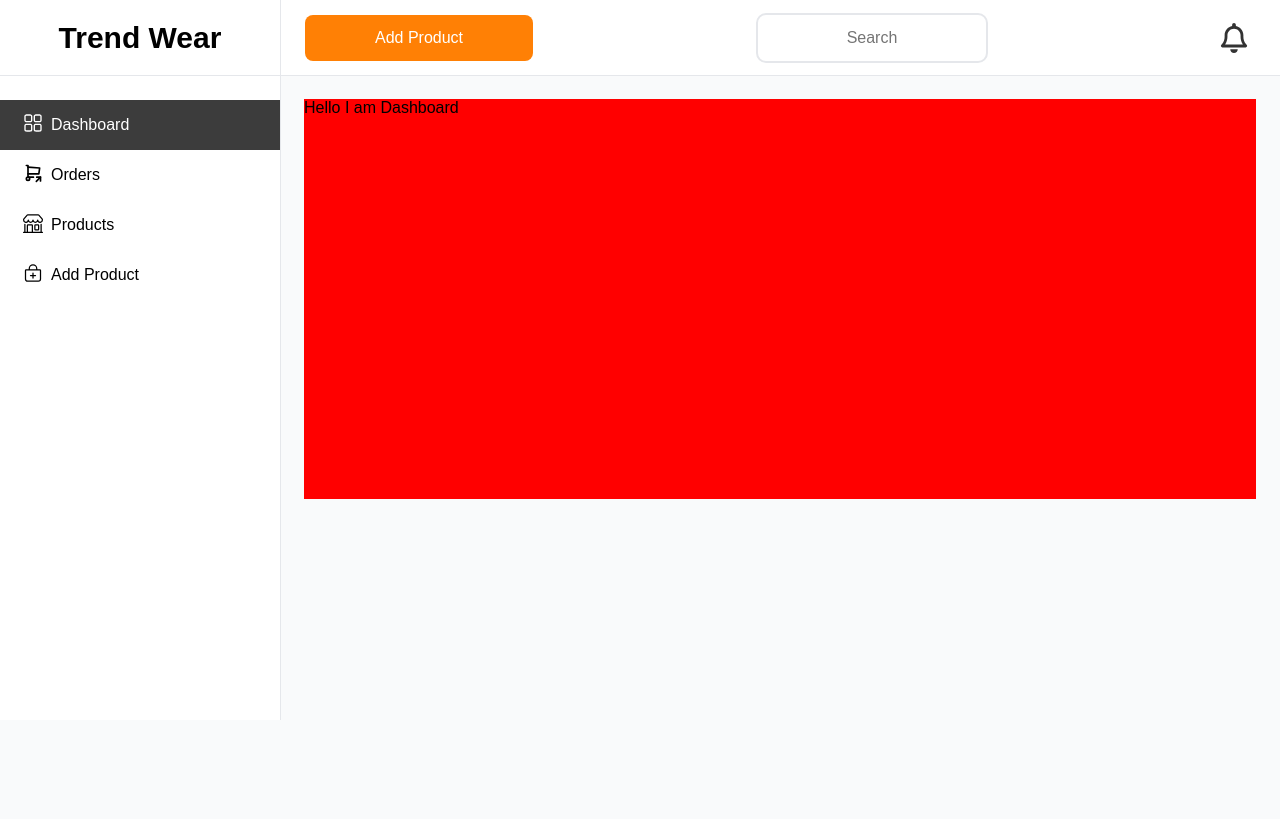
Repository: ahmad-dev7/TrendWear
Page: / (app in trend_wear_dashboard/)
An editor plug-in stored every save of this project. The page is shown before and after the next save, followed by the edit.
The browser window is 1280 px wide. The pictures show the whole page.
The project was rebuilt for these pictures with package versions that can differ from the ones it lists, and the page was loaded fresh each time. Also part of the build but not shown: trend_wear_dashboard/vite.config.ts.

Above is the page before, as saved 2025-01-20 20:20:07.

### trend_wear_dashboard/index.html
<!doctype html>
<html lang="en">

<head>
  <meta charset="UTF-8" />
  <link rel="icon" type="image/svg+xml" href="/vite.svg" />
  <meta name="viewport" content="width=device-width, initial-scale=1.0" />
  <title>Trend Wear</title>
</head>

<body>
  <div id="root"></div>
  <script type="module" src="/src/main.tsx"></script>
</body>

</html>

### trend_wear_dashboard/src/main.tsx
import { StrictMode } from "react";
import { createRoot } from "react-dom/client";
//import "bootstrap/dist/css/bootstrap.css";
import "./App.css";
import App from "./App.tsx";

createRoot(document.getElementById("root")!).render(
  <StrictMode>
    <App />
  </StrictMode>
);

### trend_wear_dashboard/src/App.css
body {
    background-color: #F9FAFB;
    padding: 0;
    margin: 0;
    border-color: #e5e7eb;
    font-family: Arial, Helvetica, sans-serif;

}

#parent {
    display: flex;
}

### trend_wear_dashboard/src/App.tsx
import { useState } from "react";
import Body from "./Components/Body/Body";
import Navbar from "./Components/Navbar/Navbar";
import Sidebar from "./Components/Sidebar/Sidebar";
import AddProducts from "./Components/AddProduct/AddProduct";
import Dashboard from "./Components/Dashboard/Dashboard";
//import Dashboard from "./Components/Dashboard/Dashboard";

function App() {
  const [body, setBody] = useState("Dashboard");

  console.log(body);

  return (
    <div id="parent">
      <Sidebar onSelectTab={setBody} />
      <div style={{ flex: 1 }}>
        <Navbar />
        <Body activeBody={body}></Body>
      </div>
    </div>
  );
}

export default App;

### trend_wear_dashboard/src/Components/Body/Body.tsx
// Body.tsx
import AddProduct from "../AddProduct/AddProduct";
import Dashboard from "../Dashboard/Dashboard";
import "./Body.css";

interface Props {
  activeBody: string;
}

const Body = ({ activeBody }: Props) => {
  return (
    <div id="body-content">
      {activeBody === "Dashboard" && <Dashboard />}
      {activeBody === "Add Product" && <AddProduct />}
    </div>
  );
};

export default Body;

### trend_wear_dashboard/src/Components/Navbar/Navbar.tsx
import "./Navbar.css";
import { FaRegBell } from "react-icons/fa6";

const Navbar = () => {
  return (
    <div>
      <div id="top-navbar">
        <div className="nav-item add-product-button">Add Product</div>
        <input className="nav-item" placeholder="Search" type="text" />
        <FaRegBell className="nav-item icon"></FaRegBell>
      </div>
    </div>
  );
};

export default Navbar;

### trend_wear_dashboard/src/Components/Sidebar/Sidebar.tsx
import "./Sidebar.css";
import { RxDashboard } from "react-icons/rx";
import { TbShoppingCartShare } from "react-icons/tb";
import { BsShop } from "react-icons/bs";
import { IoBagAddOutline } from "react-icons/io5";
import { useState } from "react";

interface Props {
  onSelectTab: (tab: string) => void;
}

interface Tabs {
  icon: JSX.Element;
  label: string;
}

const Sidebar = ({ onSelectTab }: Props) => {
  const tabs: Tabs[] = [
    { label: "Dashboard", icon: <RxDashboard size={20} /> },
    { label: "Orders", icon: <TbShoppingCartShare size={20} /> },
    { label: "Products", icon: <BsShop size={20} /> },
    { label: "Add Product", icon: <IoBagAddOutline size={20} /> },
  ];

  const [active, setTab] = useState("Dashboard");

  return (
    <div id="layout">
      <div id="sidebar">
        <div className="header">Trend Wear</div>
        <ul id="sidebar-content">
          {tabs.map((tab) => (
            <li
              key={tab.label}
              className={"tab " + (tab.label == active && "active")}
              onClick={() => {
                setTab(tab.label);
                onSelectTab(tab.label);
              }}
            >
              <div className="icon">{tab.icon}</div>
              <div className="label">{tab.label}</div>
            </li>
          ))}
        </ul>
      </div>
    </div>
  );
};

export default Sidebar;

### trend_wear_dashboard/src/Components/Dashboard/Dashboard.tsx
import "./Dashboard.css";

const Dashboard = () => {
  return <div className="parent">Hello I am Dashboard</div>;
};

export default Dashboard;

### trend_wear_dashboard/src/Components/Body/Body.css
#body-content {
    display: flex;
    flex-direction: column;
    margin: 24px;
    /* To make content body at center */
    top: 75px;
    left: 280px;
    position: relative;
    max-width: calc(100% - (280px + 48px));
    /* To make content body at center */
    height: 100vh;
    width: calc(100% - 48px);
    box-sizing: border-box;
}

### trend_wear_dashboard/src/Components/Navbar/Navbar.css
#top-navbar {
    display: flex;
    justify-content: space-between;
    align-items: center;
    /* padding: 0 24px; */
    background-color: white;
    height: 75px;
    width: calc(100% - 280px);
    left: 281px;
    position: fixed;
    z-index: 1;
    border-bottom: 1px solid #e5e7eb;
}

.nav-item {
    font-size: 16px;
    color: #333;
    text-align: center;
    width: 200px;
    border-radius: 8px;
    padding: 14px;
    text-decoration: none;
}

.add-product-button {
    color: white;
    margin-left: 24px;
    background-color: #ff8005;
}

#top-navbar input {
    border: none;
    outline: 2px solid #e5e7eb;
    flex-grow: 1;
    max-width: 200px;
}

#top-navbar .icon {
    height: 30px;
    width: 30px;
    margin-right: 24px;
}

### trend_wear_dashboard/src/Components/Sidebar/Sidebar.css
/* Sidebar.css */
#sidebar {
    background-color: white;
    width: 280px;
    height: 100vh;
    position: fixed;
    border-right: 1px solid #e5e7eb;
}

#sidebar .header {
    display: flex;
    justify-content: center;
    align-items: center;
    height: 75px;
    font-size: 30px;
    font-weight: bold;
    background-color: white;
    text-align: center;
    border-bottom: 1px solid #e5e7eb;
}

#sidebar-content {
    list-style-type: none;
    margin-top: 24px;
    padding: 0;
    cursor: pointer;
}

#sidebar-content .tab {
    height: 50px;
    color: black;
    display: flex;
    align-items: center;
    padding-left: 15px;
}

.icon {
    padding: 8px;
}

#sidebar-content .active {
    background-color: #3c3c3c;
    color: white;
}

#sidebar-content .tab:hover:not(.active) {
    background-color: #e5e7eb;
}

### trend_wear_dashboard/src/Components/AddProduct/AddProduct.css
/* AddProduct.css */
.parent {
    display: flex;
    width: 100%;
    gap: 24px;
    box-sizing: border-box;
}

.child {
    flex: 1;
    text-align: center;
    background-color: white;
    border: 1px solid #e5e7eb;
    border-radius: 8px;
}

.preview-container {
    height: 300px5
}

#submit-product-button {
    padding: 14px;
    height: 35px;
    background-color: #ff8005;
    justify-content: center;
    align-items: center;
    display: flex;
    font-size: 20px;
    text-align: center;
    color: white;
    border-radius: 8px;
}

### trend_wear_dashboard/src/Components/Dashboard/Dashboard.css
.parent {
    height: 400px;
    background-color: red;
}

### trend_wear_dashboard/src/Components/AddProduct/AddProduct.tsx
import "./AddProduct.css";
import ProductDetails from "./ProductDetails";
import ProductPreview from "./ProductPreview";
const AddProduct = () => {
  return (
    <div className="parent">
      <div className="child details-container">
        <ProductDetails />
      </div>

      <div className="child preview-container">
        <ProductPreview />
      </div>
    </div>
  );
};

export default AddProduct;

### trend_wear_dashboard/src/Components/AddProduct/ProductDetails.tsx
import "./ProductDetails.css";
import Spacer from "../../Constants/Spacer";
import DetailsSectionContainer from "../../Constants/ProductDetailSection/DetailsSectionContainer";
import LabeledInputField from "../../Constants/LabeledInputField/LabeledInputField";
import LabeledTextArea from "../../Constants/LabeledInputField/LabeledTextarea";
import AddImage from "../../Constants/AddImage/AddImage";

const ProductDetails = () => {
  return (
    <>
      <div className="product-detail-container">
        <DetailsSectionContainer heading="Base Information">
          <LabeledInputField>Title</LabeledInputField>
          <Spacer height="24px" />
          <LabeledTextArea>Description</LabeledTextArea>
        </DetailsSectionContainer>
        <Spacer height="24px" />

        <DetailsSectionContainer heading="Pictures">
          <AddImage />
        </DetailsSectionContainer>
        <Spacer height="24px" />
        <DetailsSectionContainer heading="Details">
          <LabeledInputField placeHolder="₹">Price</LabeledInputField>
          <Spacer height="24px" />
          <LabeledInputField>Size</LabeledInputField>
        </DetailsSectionContainer>

        <Spacer height="24px" />
        <DetailsSectionContainer heading="Brand">
          <LabeledInputField>Name</LabeledInputField>
          <Spacer height="24px" />
          <LabeledInputField>Logo Url</LabeledInputField>
        </DetailsSectionContainer>
        <Spacer height="24px" />
        <div id="submit-product-button">Add Product</div>
      </div>
    </>
  );
};

export default ProductDetails;

### trend_wear_dashboard/src/Components/AddProduct/ProductPreview.tsx
const ProductPreview = () => {
  return <div> </div>;
};

export default ProductPreview;

### trend_wear_dashboard/src/Components/AddProduct/ProductDetails.css
.product-detail-container {
    margin: 0px;
    padding: 24px;
    text-align: start;
}

/* Parent container to hold the items in a row */
.picture-container-parent {
    display: flex;
    /* Enable flexbox */
    justify-content: space-between;
    /* Optional: space between items, adjust as needed */
    gap: 16px;
    /* Optional: adds space between items */
}

/* Style for each img-container */
.img-container {
    flex: 1;
    /* Adjust width as needed */
    height: 100px;
    /* Adjust height as needed */
    background-color: #e5e7eb;
    /* Optional: background color */
    border-radius: 8px;
    display: flex;
    align-items: center;
    text-align: center;
    justify-content: center;
}

.picture-container-parent .add-more {
    border: dashed 2px #e5e7eb;

}

### trend_wear_dashboard/src/Constants/Spacer.tsx
interface Props {
  height?: string;
  width?: string;
}

const Spacer = ({ height = "0px", width = "0px" }: Props) => {
  return <div style={{ height: height, width: width }}></div>;
};

export default Spacer;

### trend_wear_dashboard/src/Constants/ProductDetailSection/DetailsSectionContainer.tsx
import "./ProductDetailSection.css";

interface Props {
  children: React.ReactNode;
  heading: string;
}

const DetailsSectionContainer = ({ children, heading }: Props) => {
  return (
    <>
      <p id="details-section-container-heading">{heading}</p>
      <div id="details-section-container">{children}</div>
    </>
  );
};

export default DetailsSectionContainer;

### trend_wear_dashboard/src/Constants/LabeledInputField/LabeledInputField.tsx
import "./LabeledInputField.css";
interface Props {
  children: React.ReactNode;
  placeHolder?: string;
}

const LabeledInputField = ({ placeHolder, children }: Props) => {
  return (
    <>
      <p id="input-field-label">{children}</p>

      <input placeholder={placeHolder} id="input-field" type="text" />
    </>
  );
};

export default LabeledInputField;

### trend_wear_dashboard/src/Constants/LabeledInputField/LabeledTextarea.tsx
interface Props {
  children: React.ReactNode;
}

const LabeledTextArea = ({ children }: Props) => {
  return (
    <>
      <p id="input-field-label">{children}</p>
      <textarea id="input-field-textarea" />
    </>
  );
};

export default LabeledTextArea;

### trend_wear_dashboard/src/Constants/AddImage/AddImage.tsx
import React, { useState } from "react";

interface ImagePreview {
  id: string;
  url: string;
}

const AddImage: React.FC = () => {
  const [images, setImages] = useState<ImagePreview[]>([]);

  const handleImageChange = (e: React.ChangeEvent<HTMLInputElement>) => {
    const files = e.target.files;
    if (!files) return;

    const newImages: ImagePreview[] = Array.from(files).map((file) => ({
      id: URL.createObjectURL(file), // Temporary unique identifier
      url: URL.createObjectURL(file),
    }));

    setImages((prevImages) => [...prevImages, ...newImages]);
  };

  const handleRemoveImage = (id: string) => {
    setImages((prevImages) => prevImages.filter((image) => image.id !== id));
  };

  return (
    <div className="picture-container-parent" style={styles.parent}>
      {images.map((image) => (
        <div key={image.id} style={styles.previewContainer}>
          <img src={image.url} alt="preview" style={styles.imagePreview} />
          <button
            onClick={() => handleRemoveImage(image.id)}
            style={styles.removeButton}
          >
            ✕
          </button>
        </div>
      ))}
      <div style={styles.inputContainer}>
        <label style={styles.inputLabel}>
          Select Image
          <input
            type="file"
            accept="image/*"
            multiple
            onChange={handleImageChange}
            style={styles.input}
          />
        </label>
      </div>
    </div>
  );
};

const styles = {
  parent: {
    display: "flex",
    flexWrap: "wrap",
    gap: "10px", // Gap between the items
    alignItems: "center",
    justifyContent: "flex-start", // Align items to the start of the row
  },
  inputContainer: {
    width: "100%",
    height: "40px",
    backgroundColor: "#F9FAFB",
    border: "3px dashed #e5e7eb",
    borderRadius: "5px",
    display: "flex",
    justifyContent: "center",
    alignItems: "center",
    cursor: "pointer",
    position: "relative",
  },
  inputLabel: {
    width: "100%",
    height: "100%",
    display: "flex",
    justifyContent: "center",
    alignItems: "center",
    color: "#666",
    fontWeight: "bold",
  },
  input: {
    position: "absolute",
    opacity: 0,
    width: "100%",
    height: "100%",
    cursor: "pointer",
  },
  previewContainer: {
    position: "relative",
    width: "90px",
    height: "50px",
  },
  imagePreview: {
    width: "100%",
    height: "100%",
    objectFit: "cover",
    borderRadius: "5px",
    border: "1px solid #ccc",
  },
  removeButton: {
    position: "absolute",
    top: "-5px",
    right: "-5px",
    background: "#f00",
    color: "#fff",
    border: "none",
    borderRadius: "50%",
    width: "20px",
    height: "20px",
    cursor: "pointer",
    fontSize: "12px",
    display: "flex",
    justifyContent: "center",
    alignItems: "center",
  },
} as const;

export default AddImage;

### trend_wear_dashboard/src/Constants/ProductDetailSection/ProductDetailSection.css
#details-section-container-heading {
    margin: 0px;
    margin-bottom: 6px;
    font-size: 20px;
    font-weight: 700;
}

#details-section-container {
    border: 1px solid #e5e7eb;
    padding: 15px;
    background-color: white;
    border-radius: 8px;
}

### trend_wear_dashboard/src/Constants/LabeledInputField/LabeledInputField.css
#input-field-label {
    margin: 0px;
    font-size: 17px;
    font-weight: 500;
    margin-bottom: 5px;
}

#input-field,
#input-field-textarea {
    border: none;
    outline: none;
    width: calc(100% - 15px);
    height: 40px;
    font-size: 20px;
    border-radius: 8px;
    padding-left: 12px;
    background-color: #F9FAFB;
}

#input-field-textarea {
    height: 60px;
    padding: 12px;
}

After the next save:
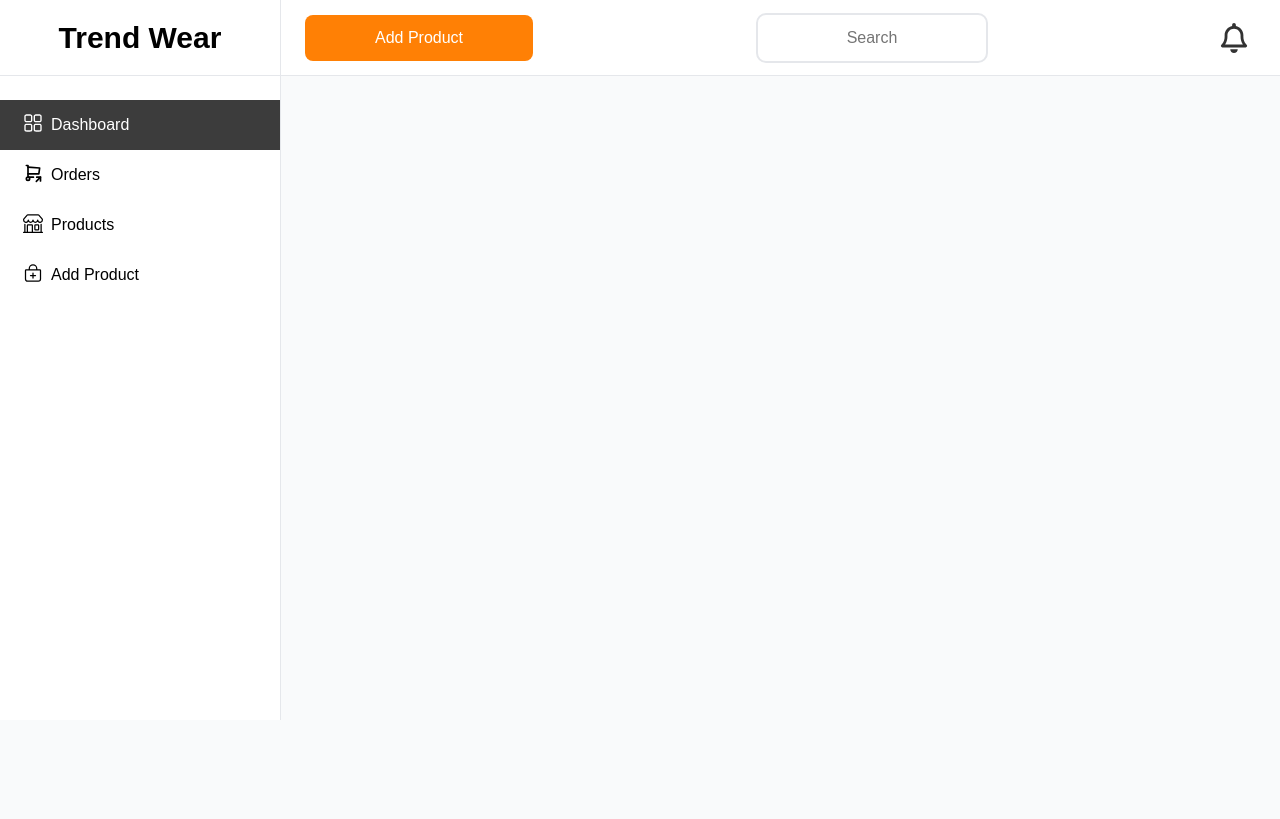
Saved 2 min 34 s later.
--- a/trend_wear_dashboard/src/Components/Body/Body.css
+++ b/trend_wear_dashboard/src/Components/Body/Body.css
@@ -12,3 +12,13 @@
     width: calc(100% - 48px);
     box-sizing: border-box;
 }
+
+#body-content>div {
+    display: none;
+    /* Hide all children by default */
+}
+
+#body-content>.active {
+    display: flex;
+    /* Show the active component */
+}

After the save that followed:
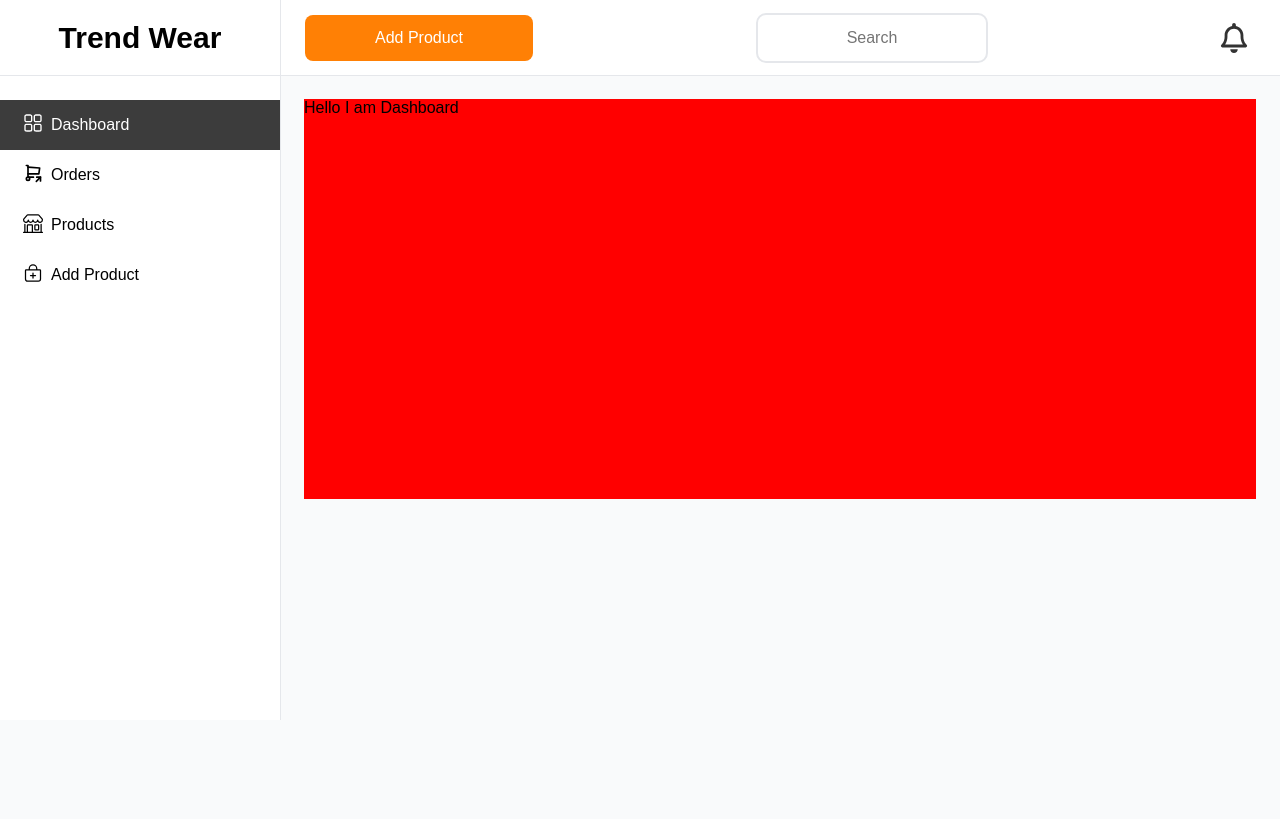
Saved 38 s later.
--- a/trend_wear_dashboard/src/Components/Body/Body.tsx
+++ b/trend_wear_dashboard/src/Components/Body/Body.tsx
@@ -1,4 +1,3 @@
-// Body.tsx
 import AddProduct from "../AddProduct/AddProduct";
 import Dashboard from "../Dashboard/Dashboard";
 import "./Body.css";
@@ -10,8 +9,12 @@ interface Props {
 const Body = ({ activeBody }: Props) => {
   return (
     <div id="body-content">
-      {activeBody === "Dashboard" && <Dashboard />}
-      {activeBody === "Add Product" && <AddProduct />}
+      <div className={activeBody === "Dashboard" ? "active" : ""}>
+        <Dashboard />
+      </div>
+      <div className={activeBody === "Add Product" ? "active" : ""}>
+        <AddProduct />
+      </div>
     </div>
   );
 };
